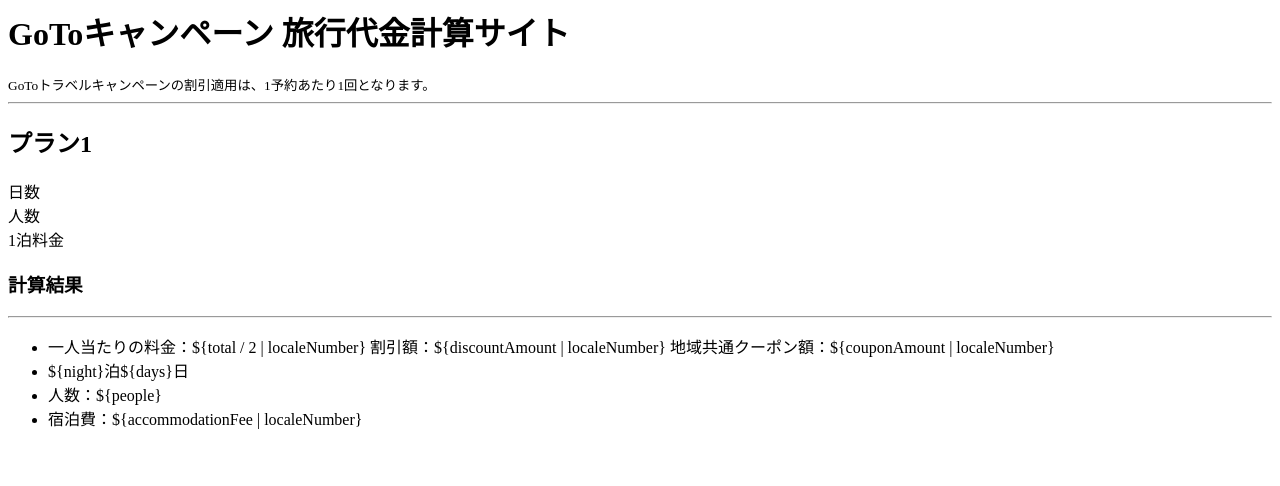
Repository: Ischca/ischca.github.io
Page: src/my-app.html
These files come from the project's save history. The page is drawn as it stood at one moment and after the next save; the edit follows.
The browser window is 1280 px wide. The pictures show the whole page.

Above is the page before, as saved 2020-10-02 16:58:12.

After the next save:
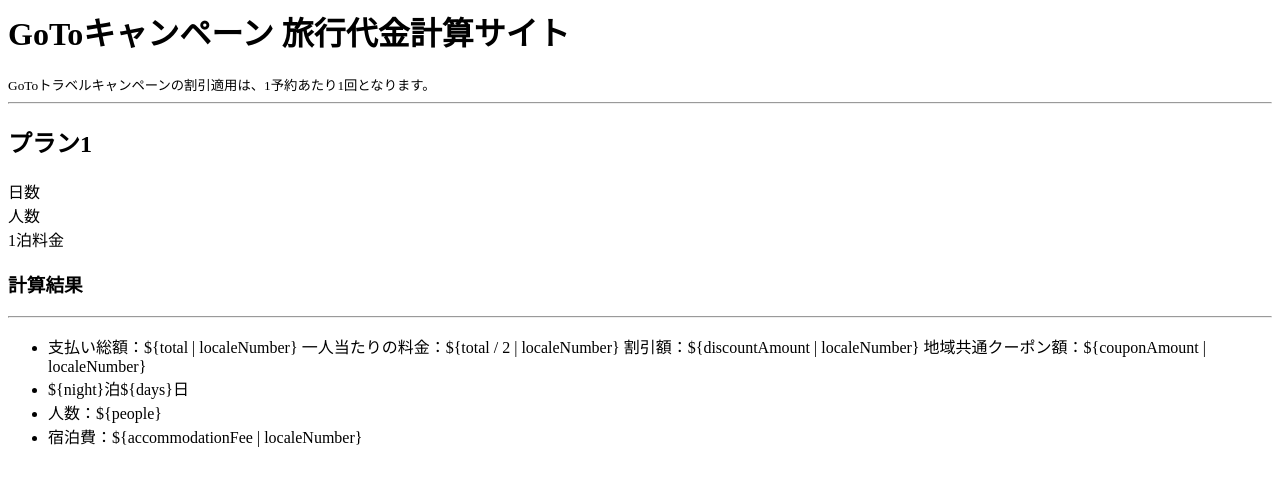
Saved 26 s later.
--- a/src/my-app.html
+++ b/src/my-app.html
@@ -54,6 +54,7 @@
     <div id="result" class="text-center">
         <ul class="list-group list-group-flush">
             <li class="list-group-item">
+                支払い総額：${total | localeNumber}
                 一人当たりの料金：${total / 2 | localeNumber}
                 割引額：${discountAmount | localeNumber}
                 地域共通クーポン額：${couponAmount | localeNumber}
